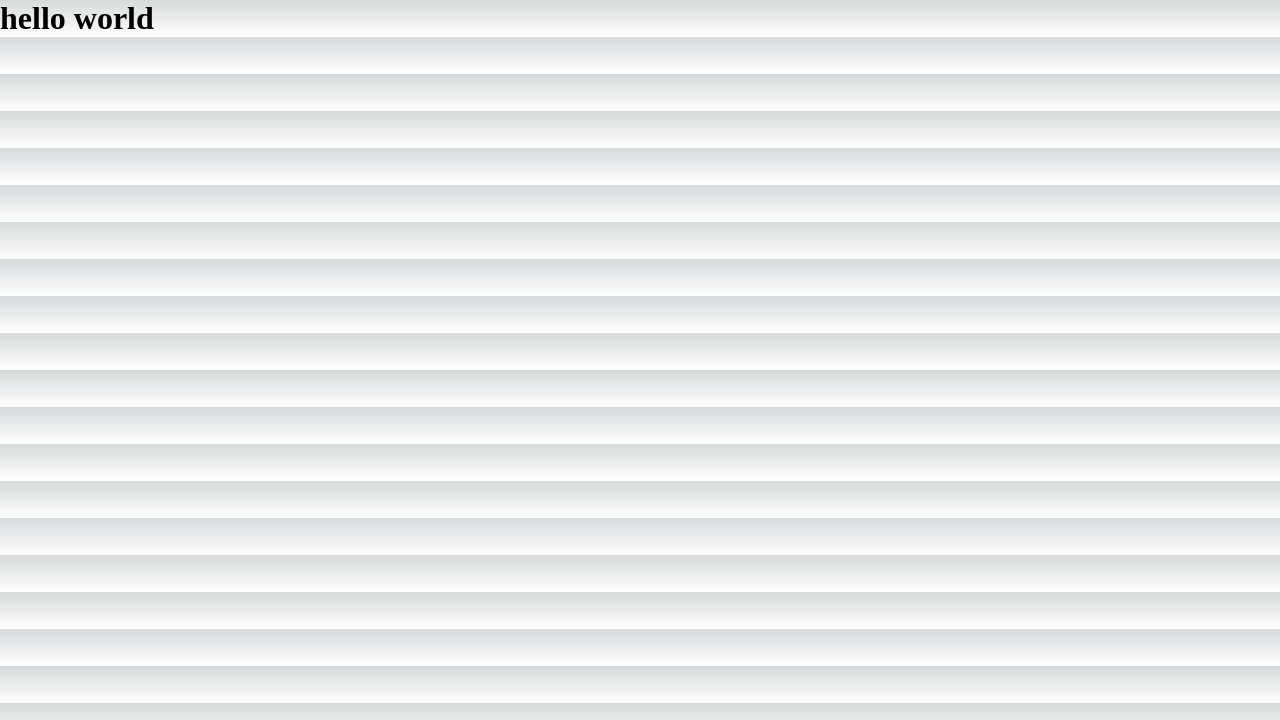
Repository: albinsabu2001/real-dealor
Page: /
The author's editor kept a copy of each file at every save. The page is drawn from the files as they stood at one save, then again after the next save.
The browser window is 1280 px wide. The pictures show the whole page.
The project was rebuilt for these pictures with package versions that can differ from the ones it lists, and the page was loaded fresh each time. The framework's server and built-in components were replaced by stand-ins that run in the browser. Also part of the build but not shown: next.config.mjs.

Above is the page before, as saved 2024-06-12 11:18:28.

### pages/index.js
import Link from "next/link";
import Image from "next/image";
import { Flex, Box, Text, Button } from "@chakra-ui/react";
import { Inter } from "next/font/google";

const inter = Inter({ subsets: ["latin"] });

export default function Home() {
  return (
    <div>
      <h1>hello world</h1>
    </div>
  );
}

Loaded but not shown: pages/_app.js (common file); pages/_document.js (common file); styles/globals.css (common file)

After the next save:
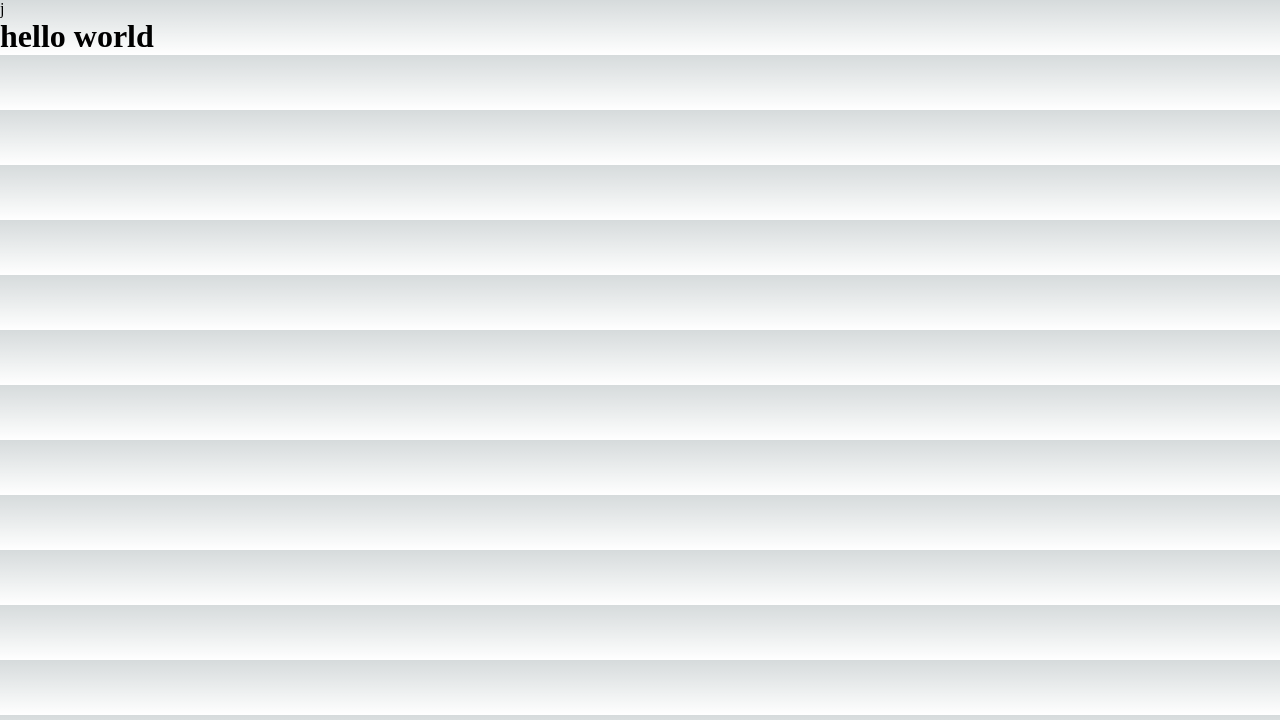
Saved 2 min 1 s later.
--- a/pages/index.js
+++ b/pages/index.js
@@ -8,7 +8,7 @@
 export default function Home() {
   return (
     <div>
-      <h1>hello world</h1>
+      j<h1>hello world</h1>
     </div>
   );
 }

After the 2 saves that followed:
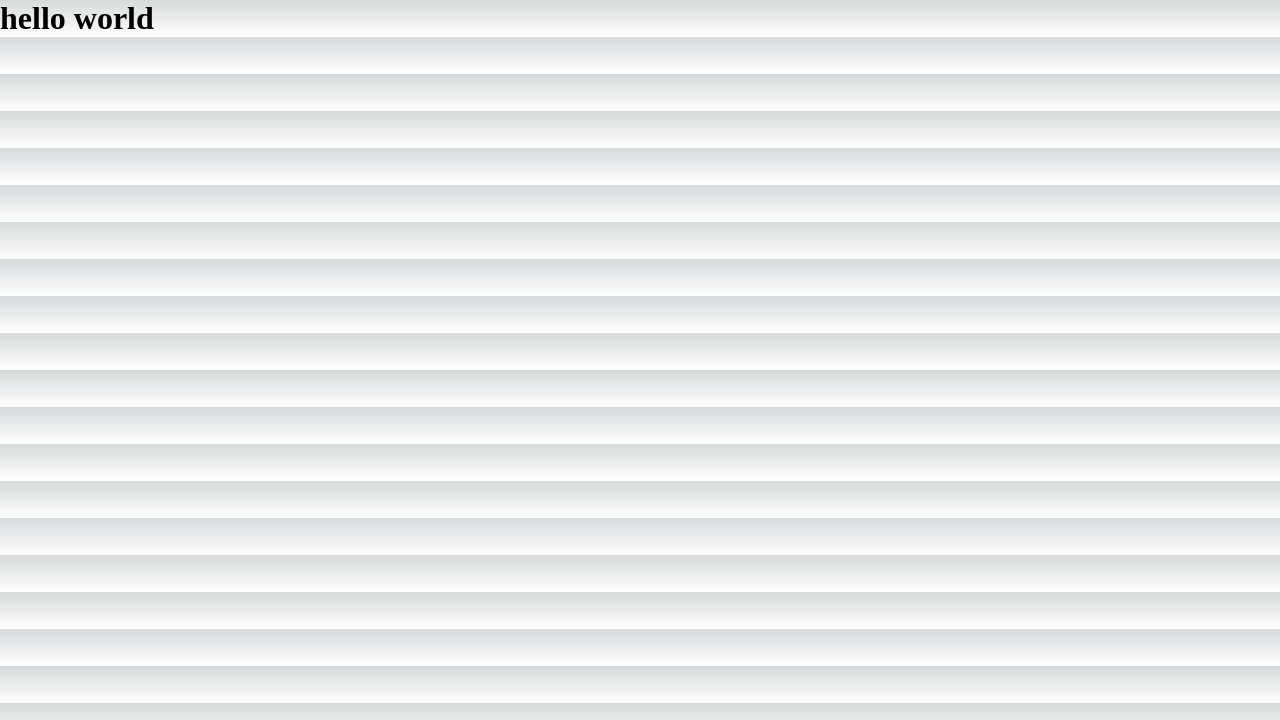
The 2 saves are shown as one change because 1 did not build or start.
The last was saved 3 min 6 s later.
--- a/pages/index.js
+++ b/pages/index.js
@@ -4,11 +4,16 @@
 import { Inter } from "next/font/google";
 
 const inter = Inter({ subsets: ["latin"] });
-
+const Banner = ({ purpose }) => {
+  <Flex flexWrap="wrap" justifyContent="center" alignItems="center" m="10">
+    {purpose}
+  </Flex>;
+};
 export default function Home() {
   return (
     <div>
-      j<h1>hello world</h1>
+      <h1>hello world</h1>
+      <Banner purpose={"For sale"} />
     </div>
   );
 }
